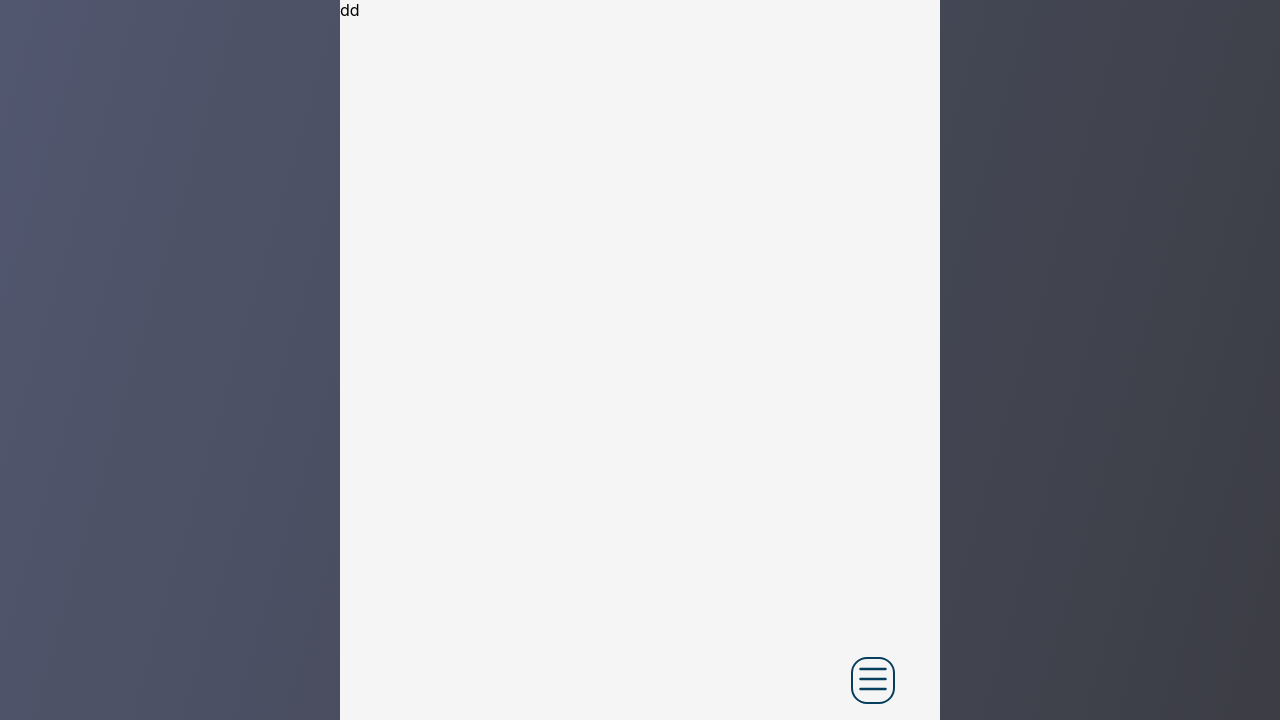
Repository: SeungYn/hanium
Page: /
An editor plug-in stored every save of this project. The page is shown before and after the next save, followed by the edit.
The browser window is 1280 px wide. The pictures show the whole page.
The project was rebuilt for these pictures with package versions that can differ from the ones it lists, and the page was loaded fresh each time. Also part of the build but not shown: src/App.css, src/components/ReadPopup/ReadPopup.module.css, src/components/ReadPopup/ReadPopup.jsx, src/pages/login/Login.jsx.

Above is the page before, as saved 2022-10-27 14:15:54.

After the next save:
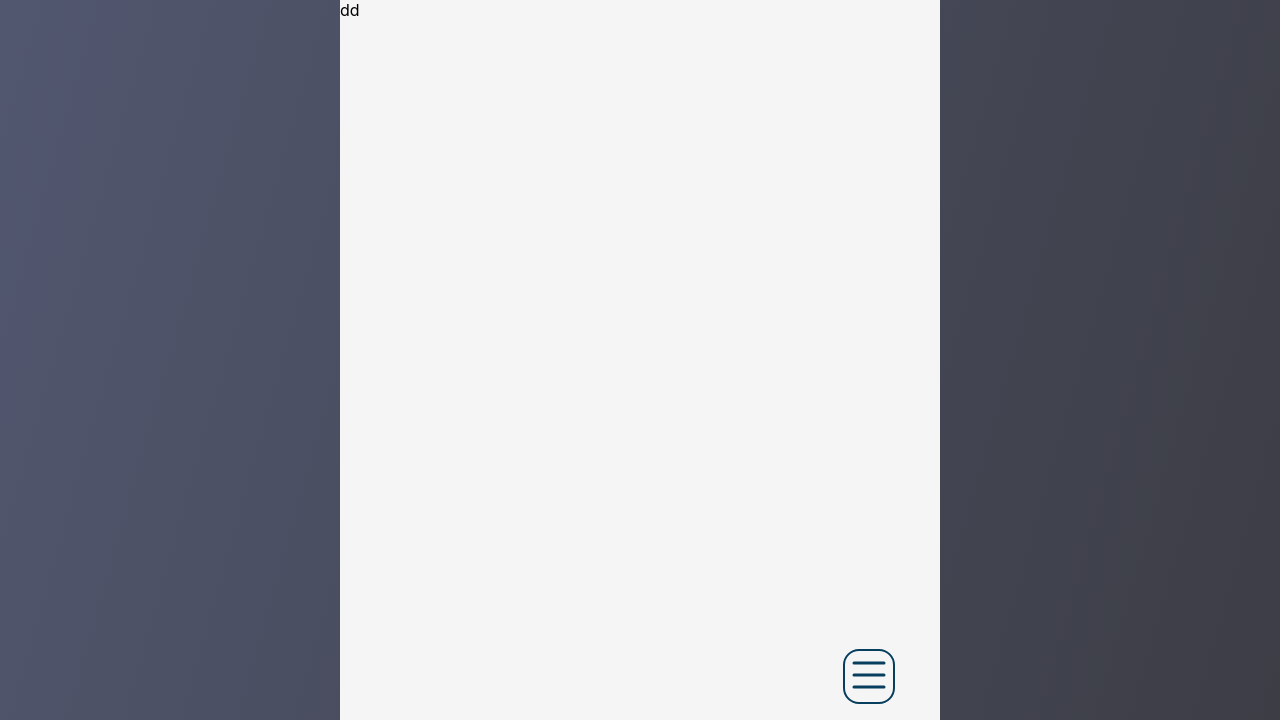
Saved 11 s later.
--- a/src/components/Navbar/Navbar.module.css
+++ b/src/components/Navbar/Navbar.module.css
@@ -43,7 +43,7 @@
 }
 
 .reactIcon {
-  font-size: 2.5rem;
+  font-size: 3rem;
 }
 
 .btn {
